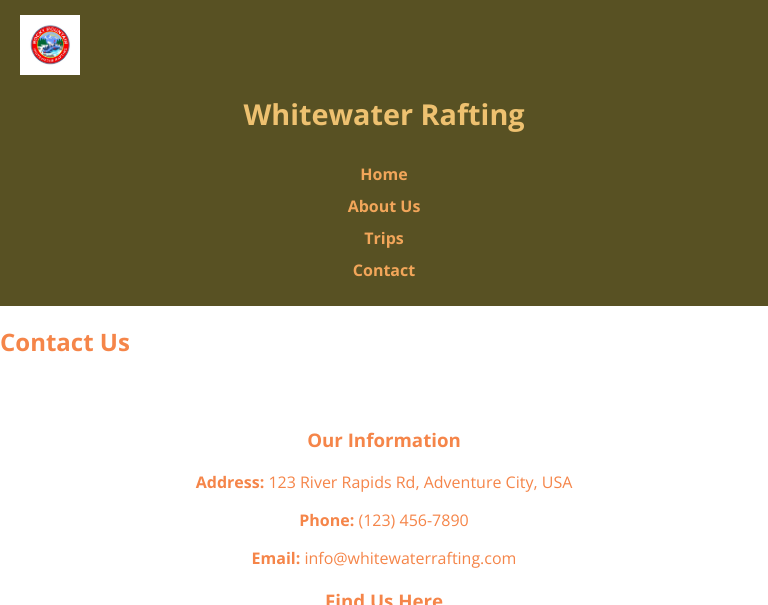
Repository: EguJaredoBoyd/wdd130
Page: wwr/contact.html
The author's editor kept a copy of each file at every save. The page is drawn from the files as they stood at one save, then again after the next save.
The browser window is 768 px wide. The pictures show the part of the page from y = 0 to 605 px (the page is 2813 px tall before and 2642 px after).
Pictures or frames that could not be fetched are drawn as grey boxes. A picture or video elsewhere on the page could not be fetched, so the positions and the page height are approximate.

Above is the page before, as saved 2025-04-03 21:32:29.

After the next save:
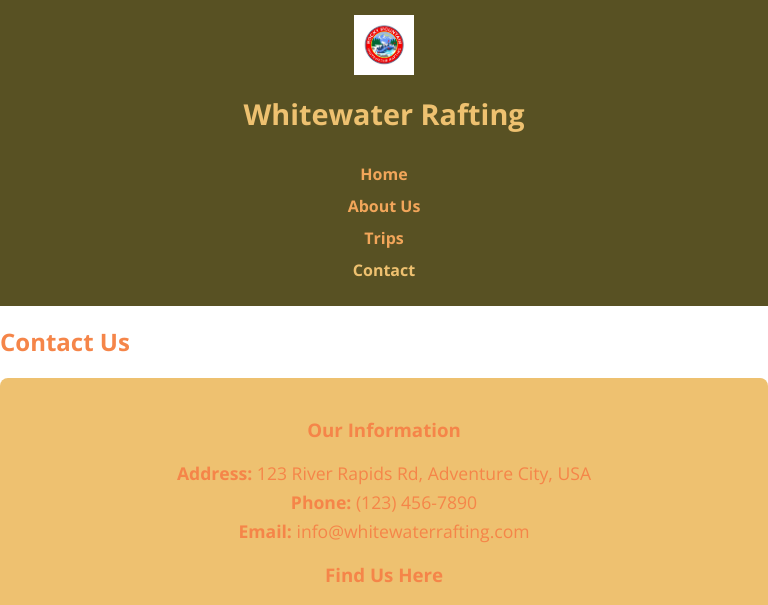
Saved 3 min 16 s later.
--- a/wwr/styles/rafting.css
+++ b/wwr/styles/rafting.css
@@ -18,9 +18,9 @@ body {
 
 /* Header */
 header {
-    display: grid;
-    grid-template-columns: auto 1fr;
+    display: flex;
     align-items: center;
+    justify-content: space-between;
     background-color: var(--primary-color);
     padding: 15px 20px;
 }
@@ -55,7 +55,8 @@ nav a {
     transition: color 0.3s ease-in-out;
 }
 
-nav a:hover {
+nav a:hover,
+nav a.active {
     color: var(--secondary-color);
 }
 
@@ -141,6 +142,96 @@ figcaption {
     color: var(--text-color);
 }
 
+/* Contact Page Styles */
+.company-info {
+    background: var(--secondary-color);
+    padding: 20px;
+    border-radius: 8px;
+}
+
+.company-info p {
+    font-size: 1.1em;
+    margin: 5px 0;
+}
+
+/* Employee Section */
+.employees {
+    padding: 20px;
+}
+
+.employee-gallery {
+    display: flex;
+    justify-content: center;
+    gap: 20px;
+}
+
+.employee-gallery figure {
+    text-align: center;
+    background-color: var(--background-color);
+    padding: 15px;
+    border-radius: 10px;
+    box-shadow: 0 4px 8px rgba(0, 0, 0, 0.2);
+}
+
+.employee-gallery img {
+    width: 150px;
+    height: 150px;
+    border-radius: 50%;
+}
+
+/* Contact Form */
+.contact-form {
+    background: var(--secondary-color);
+    padding: 20px;
+    border-radius: 10px;
+    max-width: 600px;
+    margin: auto;
+}
+
+.contact-form form {
+    display: flex;
+    flex-direction: column;
+}
+
+.contact-form label {
+    font-weight: bold;
+    margin-top: 10px;
+}
+
+input,
+textarea {
+    padding: 8px;
+    margin-top: 5px;
+    border-radius: 5px;
+    border: 1px solid #ccc;
+    width: 100%;
+}
+
+fieldset {
+    border: none;
+    padding: 10px 0;
+}
+
+fieldset label {
+    display: block;
+    margin-bottom: 5px;
+}
+
+button {
+    background: var(--primary-color);
+    color: white;
+    padding: 10px;
+    border: none;
+    margin-top: 15px;
+    cursor: pointer;
+    border-radius: 5px;
+    transition: background 0.3s;
+}
+
+button:hover {
+    background: var(--accent-color);
+}
+
 /* Footer */
 footer {
     background-color: var(--primary-color);
@@ -177,7 +268,7 @@ footer img:hover {
 /* Responsive Design */
 @media (max-width: 768px) {
     header {
-        grid-template-columns: 1fr;
+        flex-direction: column;
         text-align: center;
     }
 
@@ -202,4 +293,9 @@ footer img:hover {
     .adventure-gallery {
         grid-template-columns: repeat(auto-fit, minmax(150px, 1fr));
     }
-}
+
+    .employee-gallery {
+        flex-direction: column;
+        align-items: center;
+    }
+}
